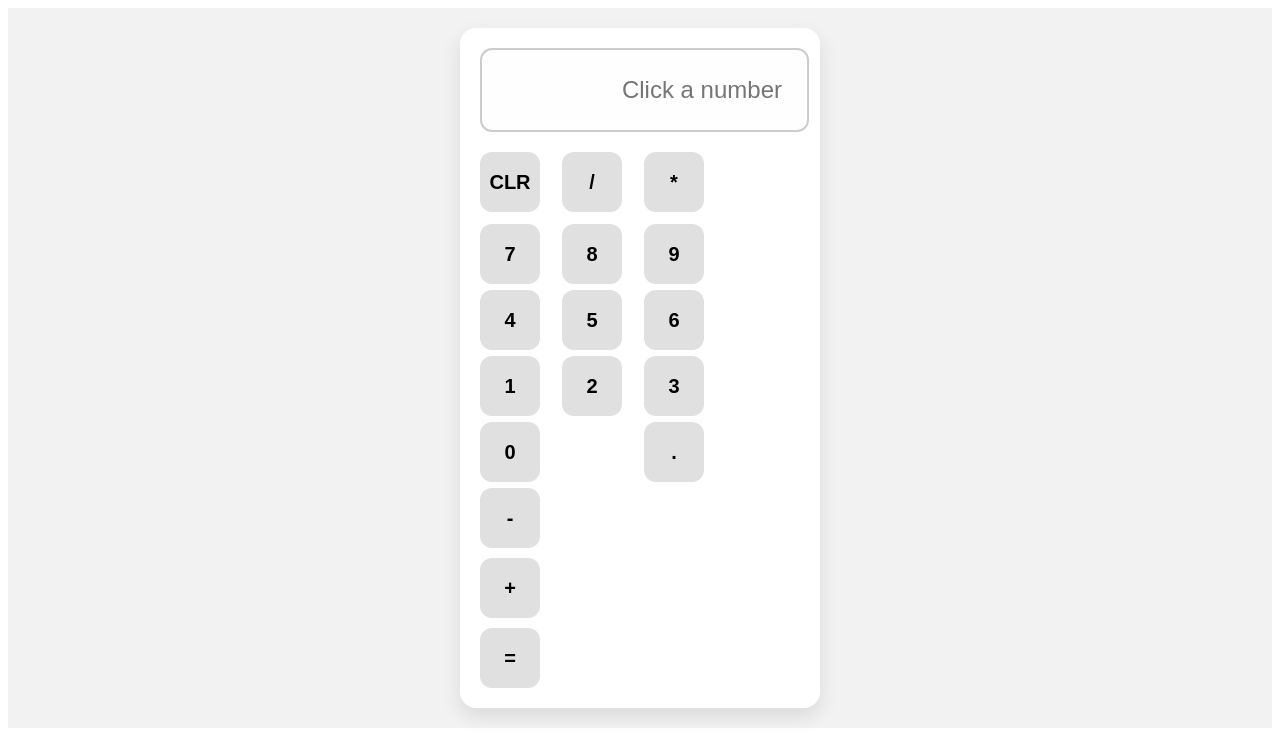
Repository: Marivic-SLRS/ReactJS-Basic-Calculator
Page: /
An editor plug-in stored every save of this project. The page is shown before and after the next save, followed by the edit.
The browser window is 1280 px wide. The pictures show the whole page.
The project was rebuilt for these pictures with package versions that can differ from the ones it lists, and the page was loaded fresh each time.

Above is the page before, as saved 2025-07-30 17:42:31.

After the next save:
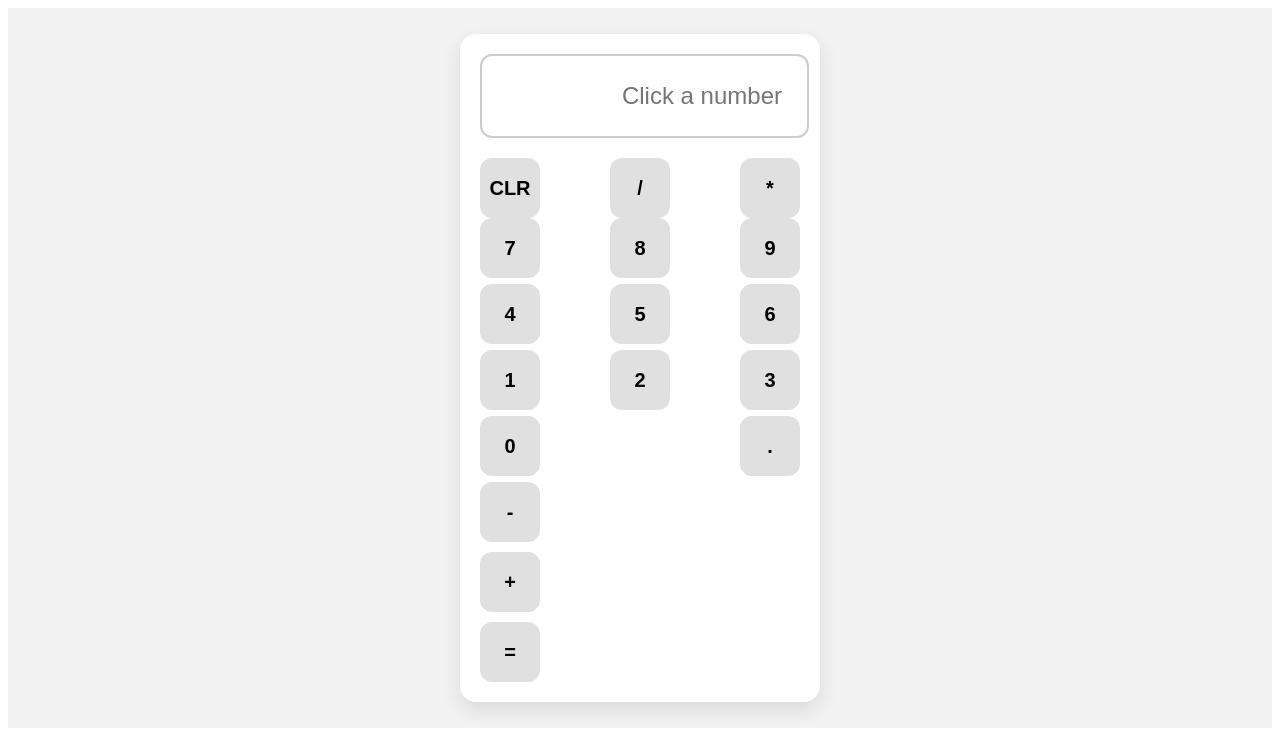
Saved 13 s later.
--- a/src/Components/Calculator.js
+++ b/src/Components/Calculator.js
@@ -17,7 +17,7 @@ function Calculator() {
             </div>
 
             <div className='btns-column'>
-                <div className='btns-container'>
+                <div className='left-container'>
                     <div className='first-layer'>
                             <button>CLR</button>
                             <button>/</button>

After the save that followed:
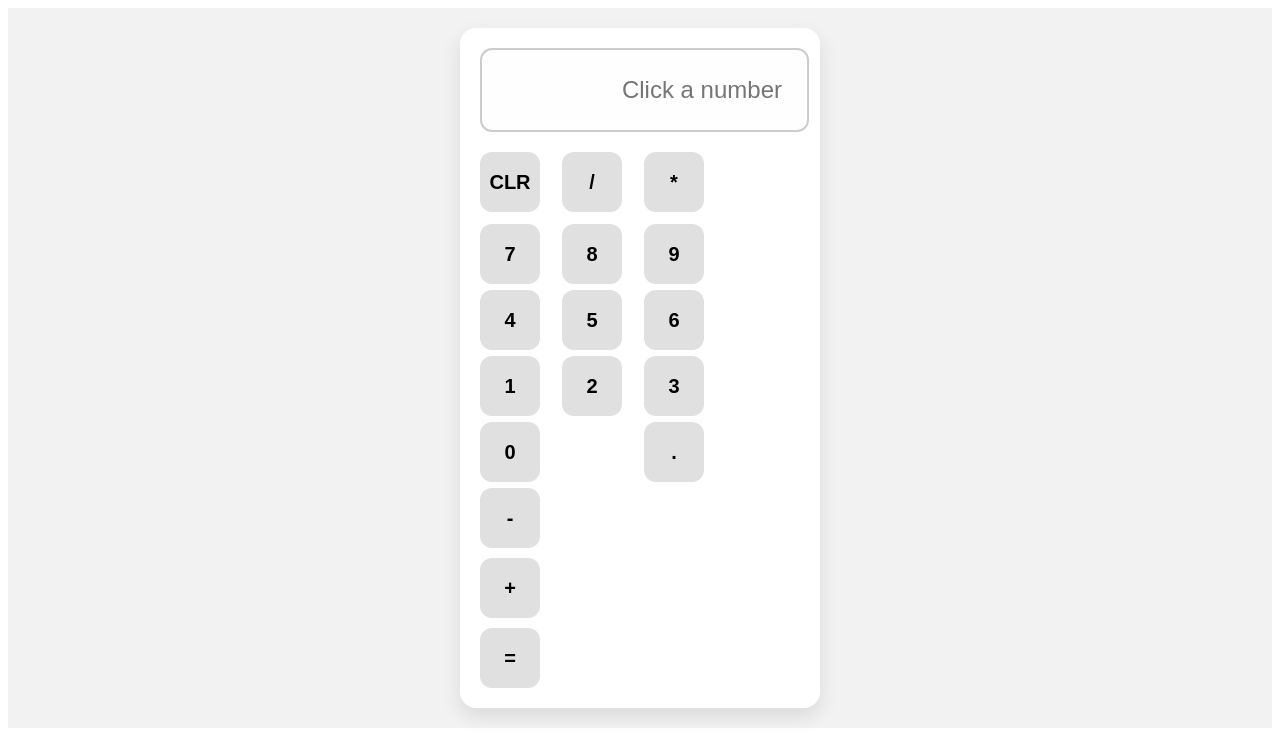
Saved 6 s later.
--- a/src/Assets/Calculator.css
+++ b/src/Assets/Calculator.css
@@ -36,7 +36,7 @@
 }
 
 
-.btns-container {
+.left-container {
   display: flex;
   flex-direction: column;
   gap: 12px;
